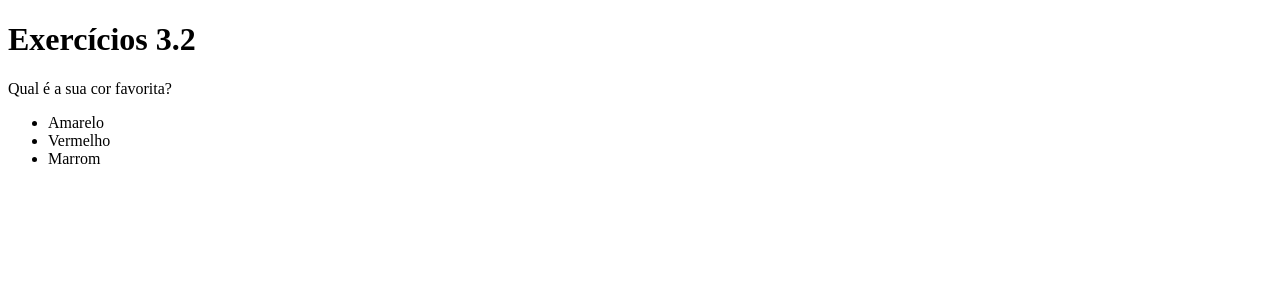
Repository: Hugobrr/trybe-exercises
Page: exercises/3_bloco/2_dia/parte 2.html
The author's editor kept a copy of each file at every save. The page is drawn from the files as they stood at one save, then again after the next save.
The browser window is 1280 px wide. The pictures show the whole page.

Above is the page before, as saved 2020-10-19 15:32:09.

After the next save:
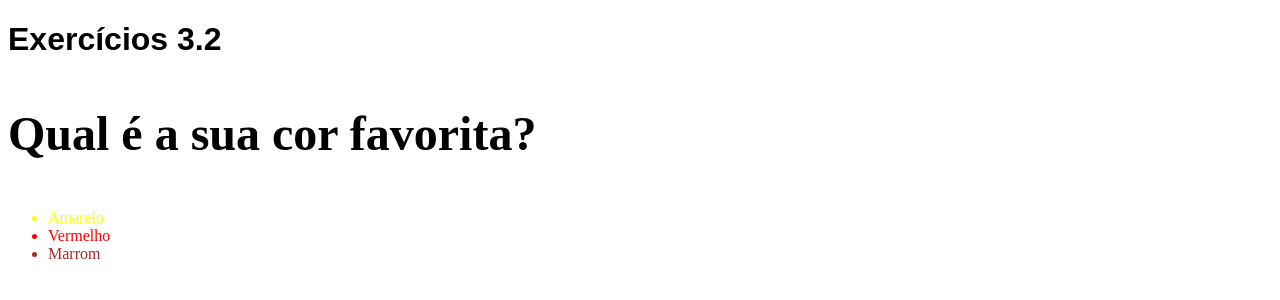
Saved 6 min 4 s later.
--- a/exercises/3_bloco/2_dia/parte 2.html
+++ b/exercises/3_bloco/2_dia/parte 2.html
@@ -3,15 +3,35 @@
   <head>
     <meta charset="UTF-8">
     <title>HTML</title>
-    <style></style>
+    <style>
+        h1{
+            font-family: sans-serif;
+        }
+        p{
+            font-weight: 600;
+            font-size: 3em;
+        }
+        body{
+            font-size: 16px;
+        }
+        #amarelo{
+            color: yellow;
+        }
+        #vermelho{
+            color: red;
+        }
+        #marrom{
+            color: brown;
+        }
+    </style>
   </head>
   <body>
     <h1>Exercícios 3.2</h1>
     <p>Qual é a sua cor favorita?</p>
     <ul>
-      <li>Amarelo</li>
-      <li>Vermelho</li>
-      <li>Marrom</li>
+      <li id=amarelo>Amarelo</li>
+      <li id=vermelho>Vermelho</li>
+      <li id=marrom>Marrom</li>
     </ul>
 
     <!-- Exercícios
